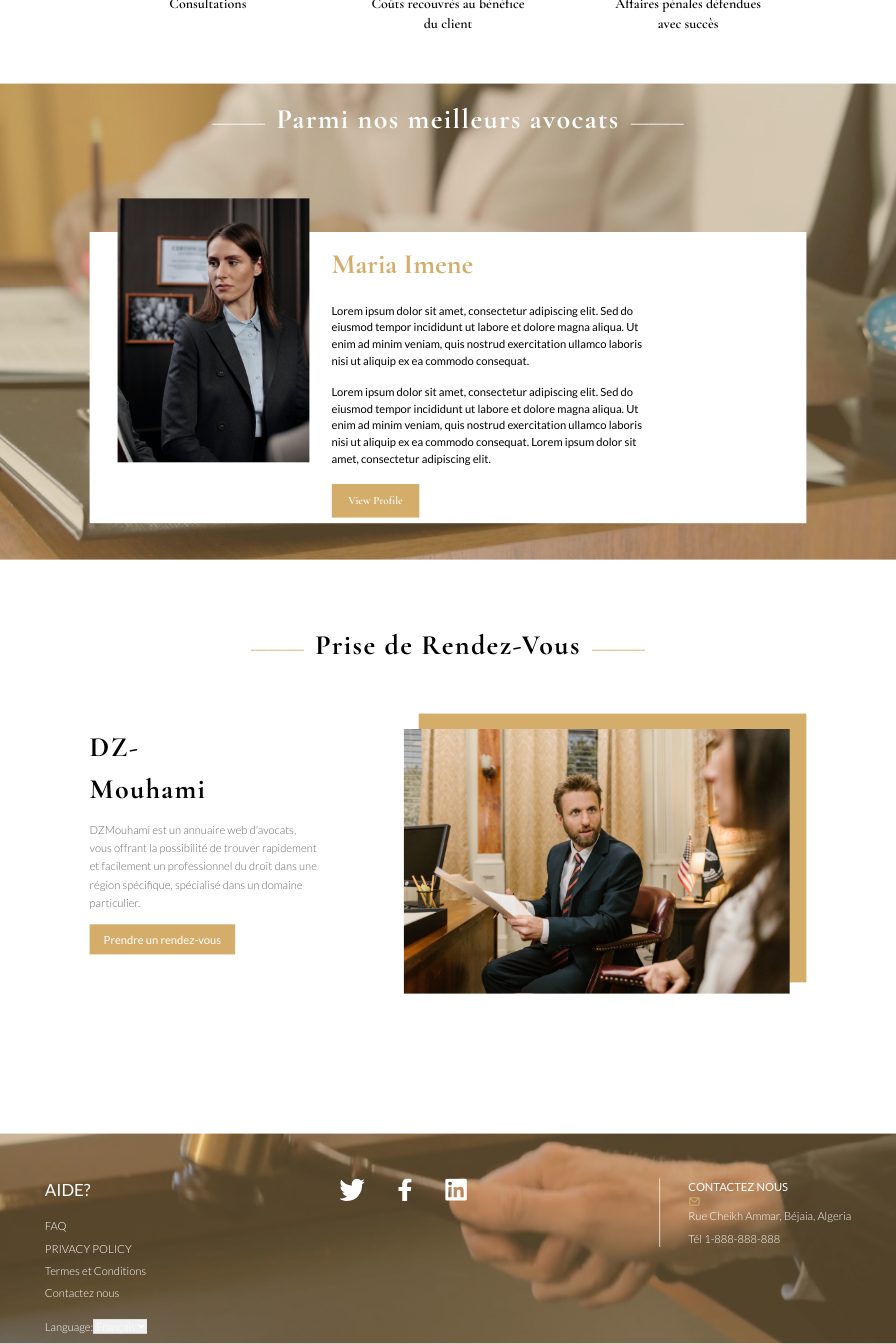
Repository: Chekrouba-Tinhinane/Mohami_dz
Page: / (app in client/)
The author's editor kept a copy of each file at every save. The page is drawn from the files as they stood at one save, then again after the next save.
The browser window is 1280 px wide. The pictures show the part of the page from y = 2348 to 4268 px (the page is 4268 px tall), at 70% of full size.
The project was rebuilt for these pictures with package versions that can differ from the ones it lists, and the page was loaded fresh each time. Also part of the build but not shown: client/vite.config.js, client/src/SignIn.jsx, client/src/components/Selector.jsx, client/src/components/SearchContainer.jsx, client/src/Search.jsx, client/src/components/super/HomeLayout.jsx, client/src/components/Profile.jsx.

Above is the page before, as saved 2024-01-25 18:22:25.

After the next save:
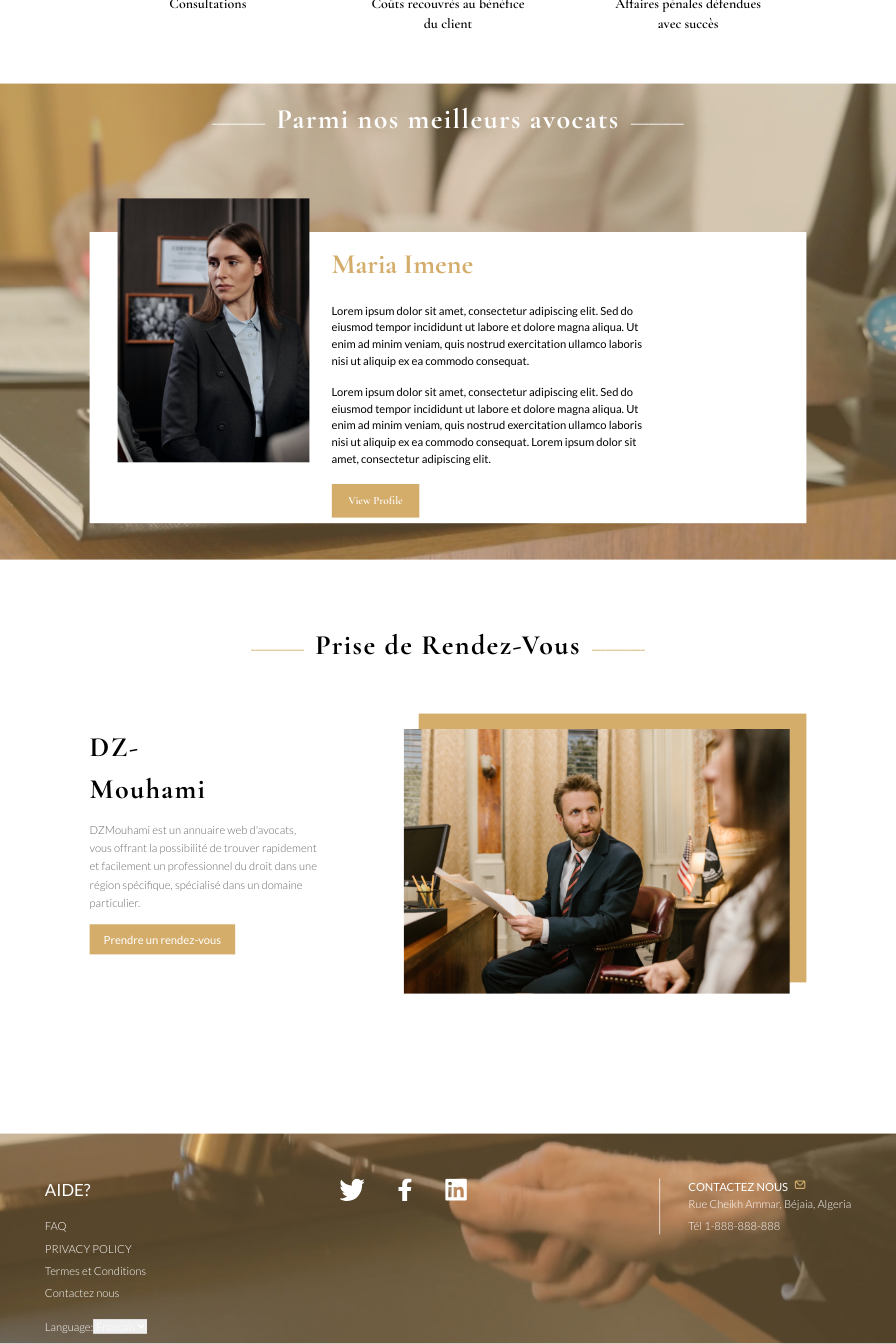
Saved 11 s later.
--- a/client/src/LandingPage.jsx
+++ b/client/src/LandingPage.jsx
@@ -314,7 +314,7 @@ function Footer() {
           </div>
 
           <div className="border-l border-l-white pl-10 flex flex-col place-self-start">
-            <p>
+            <p className="flex gap-2">
               CONTACTEZ NOUS
               <span>
                 <img src={msg} alt="" />
